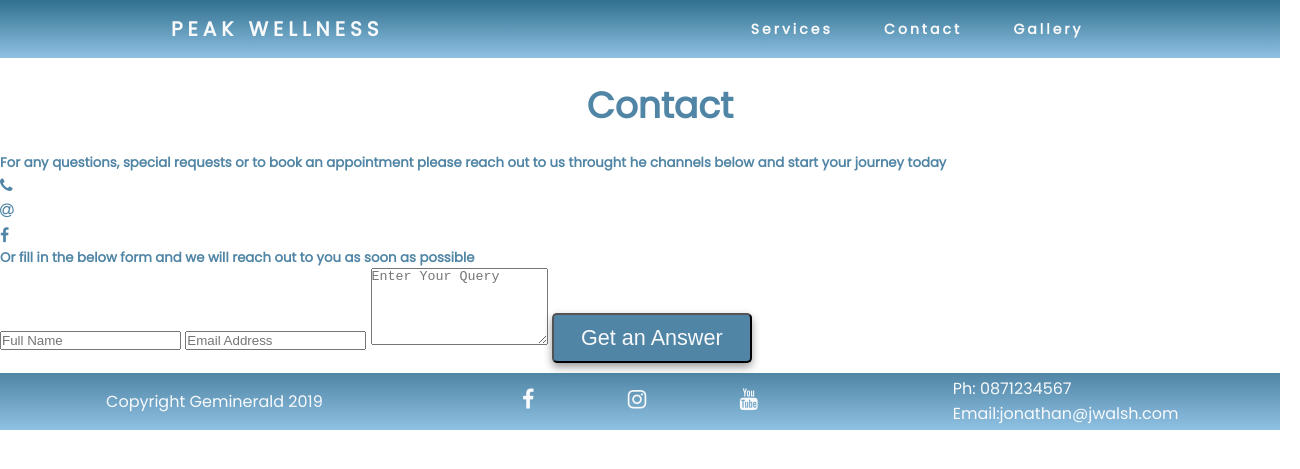
Repository: geminerald/peakwellness
Page: contact.html
The author's editor kept a record of every edit. The page is drawn from the files as they stood at one moment, then again after the next edit.
The browser window is 1280 px wide. The page is 1300 px wide, then 1280 px, then 1300 px, so the pictures cover 1300 px, including what lies to the right of the window. The pictures show the whole page.

Above is the page before.

### contact.html
<!DOCTYPE html>
<html lang="en">

<head>
    <meta charset="UTF-8">
    <meta name="viewport" content="width=device-width, initial-scale=1.0, maximum-scale=1.0, user-scalable=0">
    <meta http-equiv="X-UA-Compatible" content="ie=edge">
    <link rel="stylesheet" href="assets/style.css" type="text/css" />
    <link href="https://fonts.googleapis.com/css?family=Poppins&display=swap" rel="stylesheet">
    <title>Peak Wellness</title>
    <link rel="icon" href="./images/peak-icon.png">
    <link rel="stylesheet" href="https://stackpath.bootstrapcdn.com/font-awesome/4.7.0/css/font-awesome.min.css" type="text/css" />

</head>

<body>
    <nav>
        <div class="logo">
            <h4><a href="index.html">Peak Wellness</h4></a>
        </div>
        <ul class="nav-links">
            <li>
                <a href="services.html">Services</a>
            </li>
            <li>
                <a href="contact.html">Contact</a>
            </li>
            <li>
                <a href="gallery.html">Gallery</a>
            </li>

        </ul>
        <div class="burger">
            <div class="line1"></div>
            <div class="line2"></div>
            <div class="line3"></div>
        </div>
    </nav>
    <section>
        <div class="contact-container">

            <h1>Contact</h1>
            <div class="contacts">
                <h5>For any questions, special requests or to book an appointment please reach out to us throught he channels below and start your journey today</h5>
                <div class="contact"><i class="fa fa-phone"></i></div>
                <div class="contact"><i class="fa fa-at"></i></div>
                <div class="contact"><i class="fa fa-facebook"></i></div>
            </div>
            <div class="form">
                <h5>Or fill in the below form and we will reach out to you as soon as possible</h5>
                <form>
                    <input type="text" name="Name" Class="form-control" id="fullname" placeholder="Full Name" required />
                    <input type="email" name="emailaddress" Class="form-control" id="emailaddress" placeholder="Email Address" />
                    <textarea rows="5" name="projectsummary" class="form-control" id="projectsummary" placeholder="Enter Your Query" /></textarea>
                    <button type="submit" class="btn btn-secondary center-block">Get an Answer</button>

                </form>
            </div>
        </div>

    </section>
    <footer>
        <div class="f-item">
            <a class="show-mobile" target="_blank" href="https://github.com/geminerald"><i class="fa fa-copyright"></i> </a>
            <p class="hidden-mobile">Copyright <a target="_blank" href="https://github.com/geminerald"> Geminerald </a> 2019</p>
        </div>
        <div class="f-item">
            <ul class="social-links">
                <li><a target="_blank" href="https://www.facebook.com/PeakWellnessstudio/"><i class="fa fa-facebook"></i></a></li>
                <li><a target="_blank" href="https://www.instagram.com/thepeakwellnessstudio/"><i class="fa fa-instagram"></i></a></li>
                <li><a target="_blank" href="https://www.youtube.com/channel/UC_d9R5XdeesvneUyRDroG0w?"><i class="fa fa-youtube"></i></a></li>
            </ul>
        </div>
        <div class="f-item">
            <a class="show-mobile" href="contact.html"><i class="fa fa-phone"></i></a>
            <p class="hidden-mobile">Ph: 0871234567<br>Email:jonathan@jwalsh.com</p>
        </div>
    </footer>
    <script src="./assets/nav.js"></script>
</body>

</html>

### assets/style.css

/*----------------------------------------------------------------Universals*/* {
    margin: 0;
    padding: 0;
    box-sizing: border-box;
}

body {
    font-family: 'Poppins', sans-serif;
    color: #f7f9fb;
}

a {
    text-decoration: none;
    color: #f7f9fb;
}

/*----------------------------------------------------------------Universals*/

/*----------------------------------------------------------------Colours

Grey/Green: #687864
Dark Blue: #31708e
Medium Blue: #5085a5
Light Blue: #8fc1e3
White: #f7f9fb

Colours from: https://visme.co/blog/website-color-schemes/

*/

/*----------------------------------------------------------------Nav*/

/*Nav Elements: Dev Ed:

https://www.youtube.com/watch?v=gXkqy0b4M5g

*/

nav {
    display: flex;
    justify-content: space-around;
    align-items: center;
    min-height: 8vh;
    background: linear-gradient(180deg, #31708E 0%, #8FC1E3 100%);

}

.logo {
    color: #fafafa;
    text-transform: uppercase;
    letter-spacing: 5px;
    font-size: 20px;

}

.nav-links {
    display: flex;
    width: 30%;
    justify-content: space-around;

}

.nav-links li {
    list-style: none;
}

.nav-links a {
    color: #fafafa;
    text-decoration: none;
    letter-spacing: 3px;
    font-weight: bold;
    font-size: 14px;

}

.burger {
    display: none;
    cursor: pointer;
}

.burger div {
    width: 25px;
    height: 3px;
    background-color: #fafafa;
    margin: 5px;
    transition: all 0.3s ease;

}

@media screen and (max-width:1068px) {
    .nav-links {
        width: 50%;
    }
}

@media screen and (max-width:768px) {
    body {
        overflow-x: hidden;
    }

    .nav-links {
        position: absolute;
        ;
        right: 0px;
        height: 92vh;
        top: 8vh;
        background: linear-gradient(270deg, #31708E 0%, #8FC1E3 100%);
        display: flex;
        flex-direction: column;
        align-items: center;
        width: 70%;
        transform: translateX(100%);
        transition: transform 0.5s ease-in;
        z-index: 1;
    }
    .nav-links li {
        opacity: 0;
    }
    .burger {
        display: block;
    }
}

.nav-active {
    transform: translateX(0%);
}

@keyframes navLinkFade {
    from {
        opacity: 0;
        transform: translateX(50px);
    }
    to {
        opacity: 1;
        transform: translateX(0px);
    }
}

.toggle .line1 {
    transform: rotate(-45deg) translate(-5px, 6px);
}

.toggle .line2 {
    opacity: 0;
}

.toggle .line3 {
    transform: rotate(45deg) translate(-5px, -6px);
}

/*----------------------------------------------------------------Nav*/

/*----------------------------------------------------------------Home*/

.home-container {
    background-image: url("../images/home-bg.jpg");
    background-repeat: no-repeat;
    background-position: center;
    background-size: cover;
    z-index: 0;
    margin: auto;
    height: 90vh;
    width: 100%;
    display: flex;
    justify-content: space-around;
    align-items: center;
    flex-flow: column;
}

.appear1 {
    animation: appear 1s ease-in;
}

.appear2 {
    opacity: 0;
    animation: appear 4s ease-in;
    animation-delay: 2s;
    animation-fill-mode: forwards;
}

/*----------------------------------------------------------------Home*/

/*----------------------------------------------------------------Services*/

.about {
    display: flex;
    flex-direction: column;
    align-items: center;
    color: #31708e;
    margin: 10px 0px 30px 0px;
}

h1 {
    margin: 20px;
    font-size: 5vh;
    width: 100%;
    text-align: center;
}

.about p {
    margin: 20px 30px 0px 30px;
    text-align: center;
}

.services {
    display: flex;
    flex-flow: row wrap;
    align-items: center;
    color: #31708e;
    background-color: #f7f9fb;
    justify-content: center;
}

.service-container {
    margin-bottom: 15px;
}

.service {
    display: flex;
    align-items: center;
    justify-content: center;
    flex-flow: column wrap;
    margin: 0px 15px 20px 15px;
    min-height: 450px;
    min-width: 350px;

}

.service p {
    max-width: 350px;
    text-align: center;
    margin-top: 10px;
}

.image-cropper {
    border: 5px solid #8fc1e3;
    width: 250px;
    height: 250px;
    position: relative;
    overflow: hidden;
    border-radius: 50%;
    box-shadow: 0 2px 4px 0 rgba(0, 0, 0, 0.2);
    transition: 0.3s ease-in;

}

.image-cropper:hover {
    box-shadow: 0 3px 6px 0 rgba(0, 0, 0, 0.4);
}

.image-cropper img {
    display: inline;
    margin: 0 auto;
    height: 100%;
    width: auto;
}

button {
    color: #f7f9fb;
    background-color: #5085a5;
    margin: 10px 0px 10px 0px;
    min-height: 50px;
    min-width: 200px;
    border-radius: 5px;
    box-shadow: 0 4px 8px 0 rgba(0, 0, 0, 0.4);
    transition: 0.3s ease-in;
    font-size: 3vh;
    cursor: pointer;
    padding: 10px;
}

button:hover {
    box-shadow: 0 6px 14px 0 rgba(0, 0, 0, 0.6);
}

/*----------------------------------------------------------------Services*/

/*----------------------------------------------------------------Contact*/

.contact-container {
    display: flex;
    flex-direction: column;
    color: #5085a5;

}


/*----------------------------------------------------------------Contact*/

/*----------------------------------------------------------------Footer*/

footer {
    height: 8vh;
    width: 100%;
    background: linear-gradient(180deg, #5085A5 0%, #8FC1E3 100%);
    display: flex;
    flex-direction: row;
    justify-content: space-evenly;
}

.f-item {
    display: flex;
    align-items: center;
    justify-content: space-evenly;
    flex-direction: row;
    width: 33%;
}

.social-links {
    display: flex;
    justify-content: space-evenly;
    list-style: none;
    width: 100%;
}

.social-links li a i,
.f-item a i {
    font-size: 3vh;
}


.hidden-mobile {
    display: block;
}

.show-mobile {
    display: none;
}

@media screen and (max-width:768px) {
    .hidden-mobile {
        display: none;
    }
    .show-mobile {
        display: block;
    }
}

/*----------------------------------------------------------------Footer*/

/*----------------------------------------------------------------KeyFrames*/

@keyframes appear {
    from {
        opacity: 0
    }
    to {
        opacity: 1
    }

}

/*----------------------------------------------------------------KeyFrames*/

### assets/nav.js
const navSlide = () => {
    const burger = document.querySelector('.burger');
    const nav = document.querySelector('.nav-links');
    const navLinks = document.querySelectorAll('.nav-links li');

    burger.addEventListener('click', () => {
        nav.classList.toggle('nav-active');
        navLinks.forEach((link, index) => {
            if (link.style.animation) {
                link.style.animation = '';
            } else {
                link.style.animation = `navLinkFade 0.5s ease forwards ${index/7 + 1}s`;
            }
        });
        burger.classList.toggle('toggle');
    });
}

navSlide();

After the next edit:
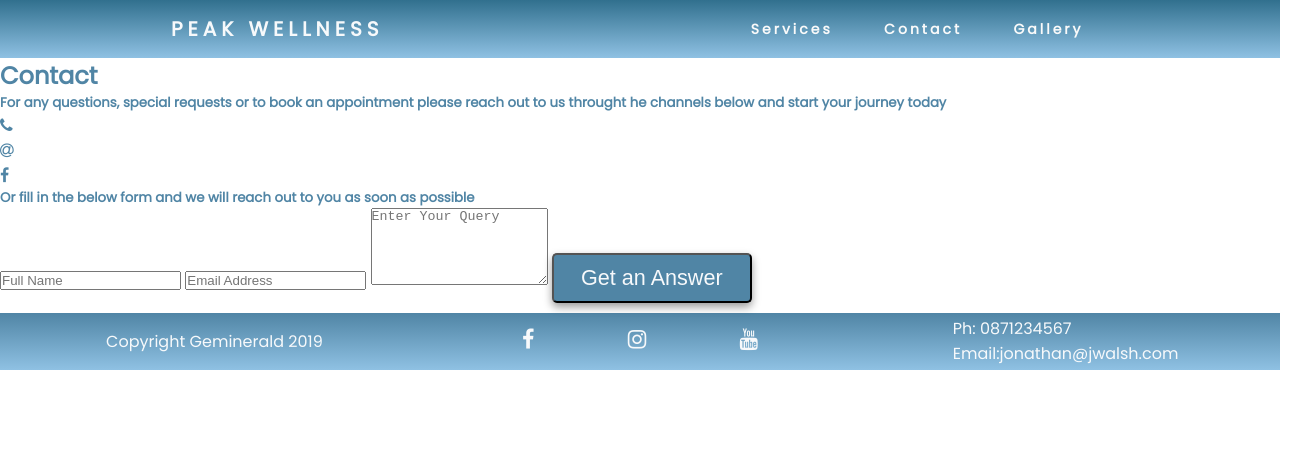
The edit:
--- a/assets/style.css
+++ b/assets/style.css
@@ -191,12 +191,6 @@
     margin: 10px 0px 30px 0px;
 }
 
-h1 {
-    margin: 20px;
-    font-size: 5vh;
-    width: 100%;
-    text-align: center;
-}
 
 .about p {
     margin: 20px 30px 0px 30px;

After the edit that followed:
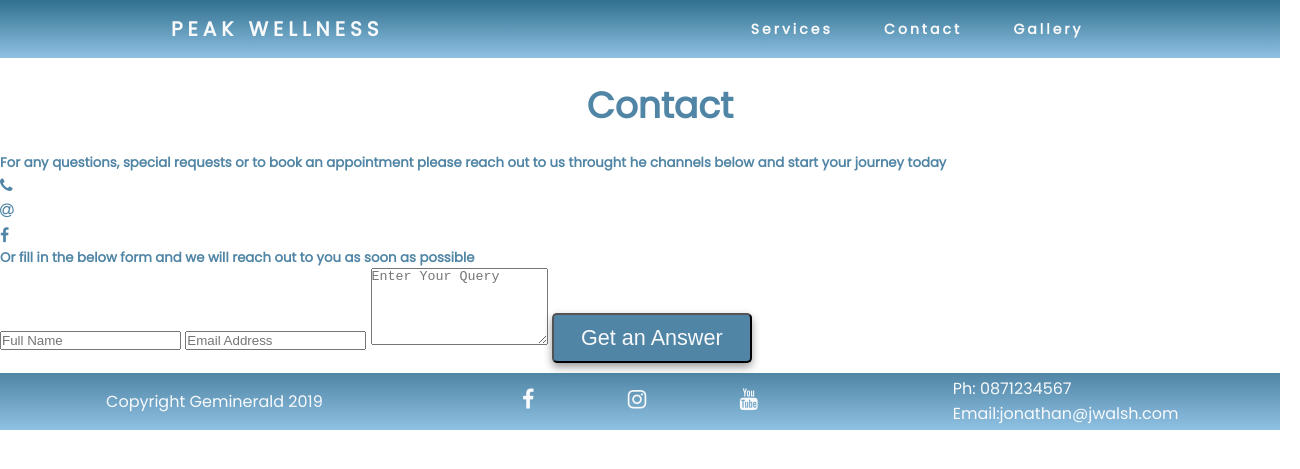
The edit:
--- a/assets/style.css
+++ b/assets/style.css
@@ -13,6 +13,14 @@
 a {
     text-decoration: none;
     color: #f7f9fb;
+}
+
+
+h1 {
+    margin: 20px;
+    font-size: 5vh;
+    width: 100%;
+    text-align: center;
 }
 
 /*----------------------------------------------------------------Universals*/
